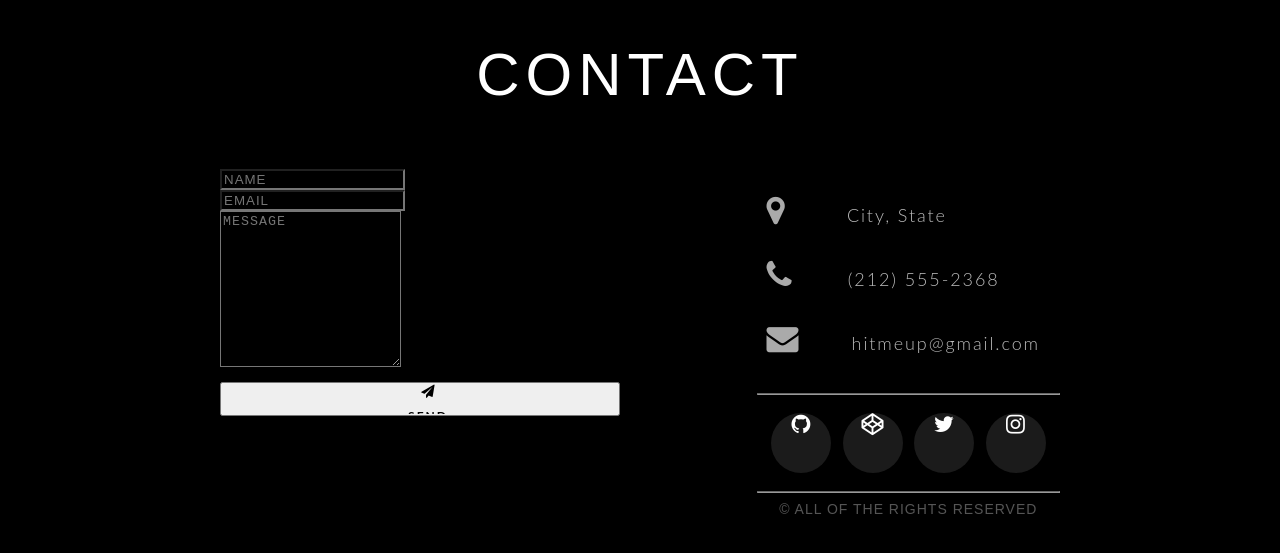
Repository: Khuongg01/Ban-Dong-ho
Page: http://localhost/pages/main/contact.php
These files come from the project's save history. The page is drawn as it stood at one moment and after the next save; the edit follows.
The browser window is 1280 px wide. The pictures show the whole page.
The page is run by PHP 8.4 with error messages shown; the project is at /var/www/html/.

Above is the page before, as saved 2022-04-13 18:22:09.

### pages/main/contact.php
<style>
    body {
    margin: 0;
    padding: 0;
    background-color: #000;
    padding-bottom: 100px;
    }

    #contact {
    width: 100%;
    height: 100%;
    }

    .section-header {
    text-align: center;
    margin: 0 auto;
    padding: 40px 0;
    font: 300 60px 'Oswald', sans-serif;
    color: #fff;
    text-transform: uppercase;
    letter-spacing: 6px;
    }

    .contact-wrapper {
    display: flex;
    flex-direction: row;
    justify-content: space-between;
    margin: 0 auto;
    padding: 20px;
    position: relative;
    max-width: 840px;
    }

    .form-horizontal {
    /*float: left;*/
    max-width: 400px;
    font-family: 'Lato';
    font-weight: 400;
    }

    .form-control,
    textarea {
    max-width: 400px;
    background-color: #000;
    color: #fff;
    letter-spacing: 1px;
    }

    .send-button {
    margin-top: 15px;
    height: 34px;
    width: 400px;
    overflow: hidden;
    transition: all .2s ease-in-out;
    }

    .alt-send-button {
    width: 400px;
    height: 34px;
    transition: all .2s ease-in-out;
    }

    .send-text {
    display: block;
    margin-top: 10px;
    font: 700 12px 'Lato', sans-serif;
    letter-spacing: 2px;
    }

    .alt-send-button:hover {
    transform: translate3d(0px, -29px, 0px);
    }

    .direct-contact-container {
    max-width: 400px;
    }

    .contact-list {
    list-style-type: none;
    margin-left: -30px;
    padding-right: 20px;
    }

    .list-item {
    line-height: 4;
    color: #aaa;
    }

    .contact-text {
    font: 300 18px 'Lato', sans-serif;
    letter-spacing: 1.9px;
    color: #bbb;
    }

    .place {
    margin-left: 62px;
    }

    .phone {
    margin-left: 56px;
    }

    .gmail {
    margin-left: 53px;
    }

    .contact-text a {
    color: #bbb;
    text-decoration: none;
    transition-duration: 0.2s;
    }

    .contact-text a:hover {
    color: #fff;
    text-decoration: none;
    }


    /* Social Media Icons */
    .social-media-list {
    position: relative;
    font-size: 22px;
    text-align: center;
    width: 100%;
    margin: 0 auto;
    padding: 0;
    }

    .social-media-list li a {
    color: #fff;
    }

    .social-media-list li {
    position: relative;
    display: inline-block;
    height: 60px;
    width: 60px;
    margin: 10px 3px;
    line-height: 60px;
    border-radius: 50%;
    color: #fff;
    background-color: rgb(27,27,27);
    cursor: pointer;
    transition: all .2s ease-in-out;
    }

    .social-media-list li:after {
    content: '';
    position: absolute;
    top: 0;
    left: 0;
    width: 60px;
    height: 60px;
    line-height: 60px;
    border-radius: 50%;
    opacity: 0;
    box-shadow: 0 0 0 1px #fff;
    transition: all .2s ease-in-out;
    }

    .social-media-list li:hover {
    background-color: #fff;
    }

    .social-media-list li:hover:after {
    opacity: 1;
    transform: scale(1.12);
    transition-timing-function: cubic-bezier(0.37,0.74,0.15,1.65);
    }

    .social-media-list li:hover a {
    color: #000;
    }

    .copyright {
    font: 200 14px 'Oswald', sans-serif;
    color: #555;
    letter-spacing: 1px;
    text-align: center;
    }

    hr {
    border-color: rgba(255,255,255,.6);
    }

    /* Begin Media Queries*/
    @media screen and (max-width: 850px) {
    .contact-wrapper {
        display: flex;
        flex-direction: column;
    }
    .direct-contact-container, .form-horizontal {
        margin: 0 auto;
    }

    .direct-contact-container {
        margin-top: 60px;
        max-width: 300px;
    }
    .social-media-list li {
        height: 60px;
        width: 60px;
        line-height: 60px;
    }
    .social-media-list li:after {
        width: 60px;
        height: 60px;
        line-height: 60px;
    }
    }

    @media screen and (max-width: 569px) {

    .direct-contact-container, .form-wrapper {
        float: none;
        margin: 0 auto;
    }
    .form-control, textarea {

        margin: 0 auto;
    }


    .name, .email, textarea {
        width: 280px;
    }

    .direct-contact-container {
        margin-top: 60px;
        max-width: 280px;
    }
    .social-media-list {
        left: 0;
    }
    .social-media-list li {
        height: 55px;
        width: 55px;
        line-height: 55px;
        font-size: 2rem;
    }
    .social-media-list li:after {
        width: 55px;
        height: 55px;
        line-height: 55px;
    }

    }

    @media screen and (max-width: 410px) {
    .send-button {
        width: 99%;
    }
    }
</style>
<link rel="stylesheet" href="https://cdnjs.cloudflare.com/ajax/libs/font-awesome/4.7.0/css/font-awesome.min.css">
<section id="contact">

  <h1 class="section-header">Contact</h1>

  <div class="contact-wrapper">

  <!-- Left contact page -->

    <form id="contact-form" class="form-horizontal" role="form">

      <div class="form-group">
        <div class="col-sm-12">
          <input type="text" class="form-control" id="name" placeholder="NAME" name="name" value="" required>
        </div>
      </div>

      <div class="form-group">
        <div class="col-sm-12">
          <input type="email" class="form-control" id="email" placeholder="EMAIL" name="email" value="" required>
        </div>
      </div>

      <textarea class="form-control" rows="10" placeholder="MESSAGE" name="message" required></textarea>

      <button class="btn btn-primary send-button" id="submit" type="submit" value="SEND">
        <div class="alt-send-button">
          <i class="fa fa-paper-plane"></i><span class="send-text">SEND</span>
        </div>

      </button>

    </form>

  <!-- Left contact page -->

      <div class="direct-contact-container">

        <ul class="contact-list">
          <li class="list-item"><i class="fa fa-map-marker fa-2x"><span class="contact-text place">City, State</span></i></li>

          <li class="list-item"><i class="fa fa-phone fa-2x"><span class="contact-text phone"><a href="tel:1-212-555-5555" title="Give me a call">(212) 555-2368</a></span></i></li>

          <li class="list-item"><i class="fa fa-envelope fa-2x"><span class="contact-text gmail"><a href="mailto:#" title="Send me an email">hitmeup@gmail.com</a></span></i></li>

        </ul>

        <hr>
        <ul class="social-media-list">
          <li><a href="#" target="_blank" class="contact-icon">
            <i class="fa fa-github" aria-hidden="true"></i></a>
          </li>
          <li><a href="#" target="_blank" class="contact-icon">
            <i class="fa fa-codepen" aria-hidden="true"></i></a>
          </li>
          <li><a href="#" target="_blank" class="contact-icon">
            <i class="fa fa-twitter" aria-hidden="true"></i></a>
          </li>
          <li><a href="#" target="_blank" class="contact-icon">
            <i class="fa fa-instagram" aria-hidden="true"></i></a>
          </li>
        </ul>
        <hr>

        <div class="copyright">&copy; ALL OF THE RIGHTS RESERVED</div>

      </div>

  </div>

</section>

After the next save:
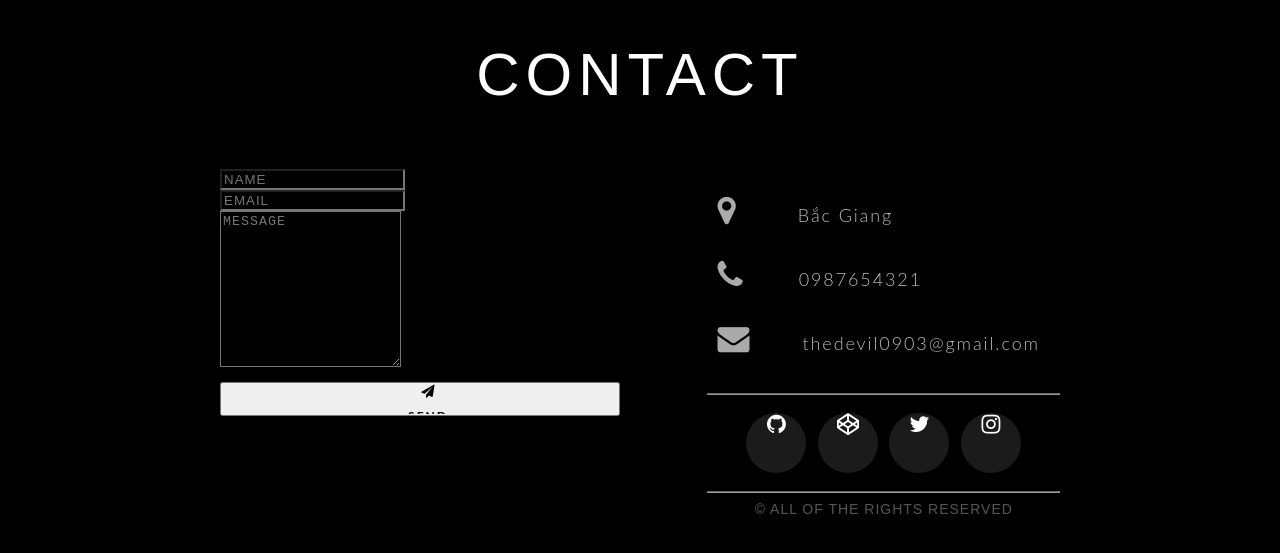
Saved 40 s later.
--- a/pages/main/contact.php
+++ b/pages/main/contact.php
@@ -291,11 +291,11 @@
       <div class="direct-contact-container">
 
         <ul class="contact-list">
-          <li class="list-item"><i class="fa fa-map-marker fa-2x"><span class="contact-text place">City, State</span></i></li>
-
-          <li class="list-item"><i class="fa fa-phone fa-2x"><span class="contact-text phone"><a href="tel:1-212-555-5555" title="Give me a call">(212) 555-2368</a></span></i></li>
-
-          <li class="list-item"><i class="fa fa-envelope fa-2x"><span class="contact-text gmail"><a href="mailto:#" title="Send me an email">hitmeup@gmail.com</a></span></i></li>
+          <li class="list-item"><i class="fa fa-map-marker fa-2x"><span class="contact-text place">Bắc Giang</span></i></li>
+
+          <li class="list-item"><i class="fa fa-phone fa-2x"><span class="contact-text phone"><a href="tel:1-212-555-5555" title="Give me a call">0987654321</a></span></i></li>
+
+          <li class="list-item"><i class="fa fa-envelope fa-2x"><span class="contact-text gmail"><a href="mailto:#" title="Send me an email">thedevil0903@gmail.com</a></span></i></li>
 
         </ul>
 
